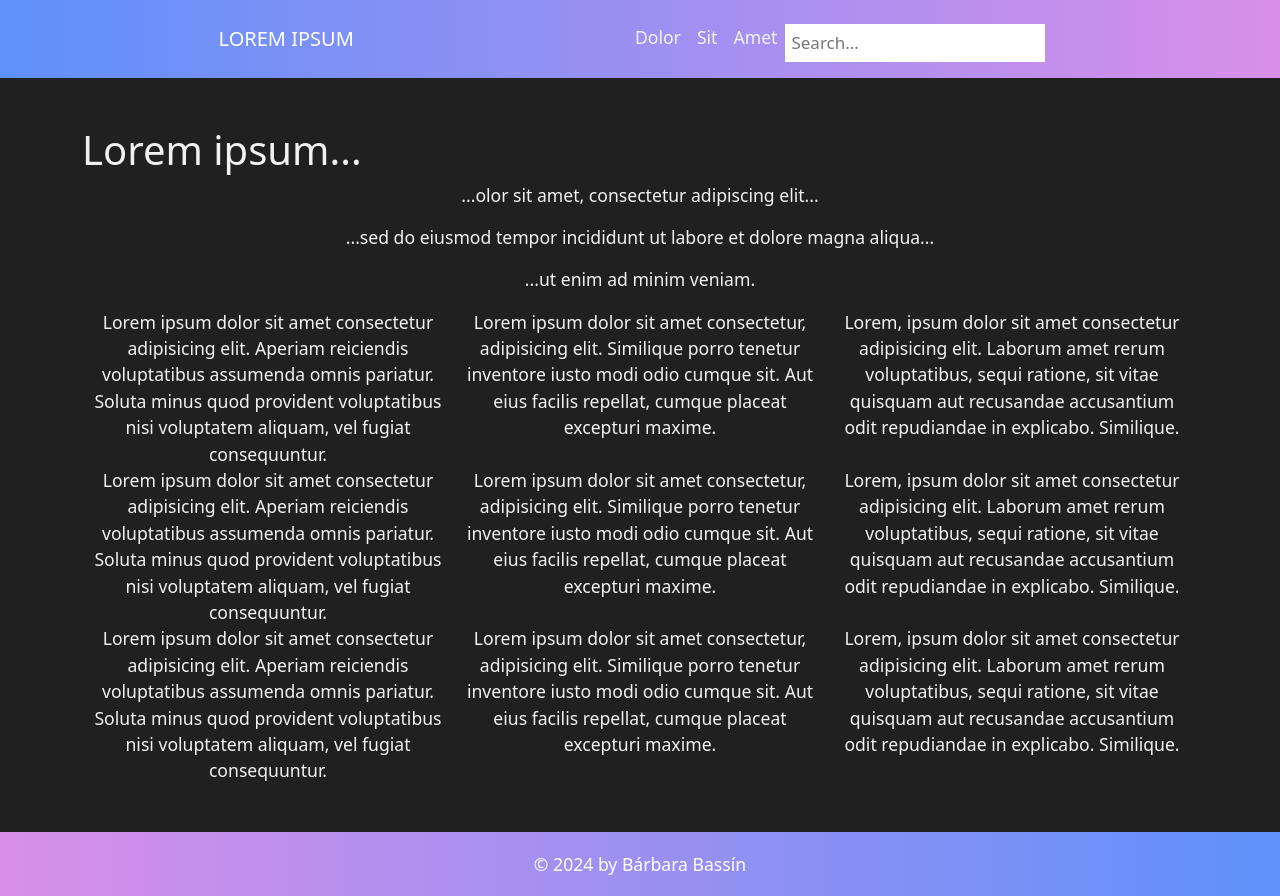
Repository: romancegirl/responsiveness
Page: index.html
These files come from the project's save history. The page is drawn as it stood at one moment and after the next save; the edit follows.
The browser window is 1280 px wide. The pictures show the whole page.

Above is the page before, as saved 2024-11-19 18:50:42.

### index.html
<!DOCTYPE html>
<html lang="en">

<head>
    <meta charset="UTF-8">
    <meta name="viewport" content="width=device-width, initial-scale=1.0">
    <title>Portfolio - Bárbara Bassín</title>
    <link href="https://cdn.jsdelivr.net/npm/bootstrap@5.3.0/dist/css/bootstrap.min.css" rel="stylesheet">
    <link rel="stylesheet" href="css/header-and-footer.css">
    <link rel="stylesheet" href="css/styles.css">
</head>

<body>
    <!-- Header -->
    <header class="py-2">
        <div class="container d-flex justify-content-around align-items-center" id="profile">
            <h5 class="m-0">LOREM IPSUM</h5>
            <nav class="navbar navbar-expand-lg">
                <button class="navbar-toggler" type="button" data-bs-toggle="collapse" data-bs-target="#navbarNav"
                    aria-controls="navbarNav" aria-expanded="false" aria-label="Toggle navigation">
                    <i class="fas fa-bars"></i>
                </button>
                <div class="collapse navbar-collapse" id="navbarNav">
                    <ul class="navbar-nav ms-auto">
                        <li class="nav-item"><a class="nav-link">Dolor</a></li>
                        <li class="nav-item"><a class="nav-link">Sit</a></li>
                        <li class="nav-item"><a class="nav-link">Amet</a></li>
                        <input type="text" placeholder="Search...">
                    </ul>
                </div>
            </nav>
        </div>
    </header>



    <!-- Main -->
    <main class="container my-5">
        <div>
            <h1>Lorem ipsum...</h1>
            <p>...olor sit amet, consectetur adipiscing elit...</p>
            <p>...sed do eiusmod tempor incididunt ut labore et dolore magna aliqua...</p>
            <p>...ut enim ad minim veniam.</p>
        </div>



        <div class="container text-center">

            <!-- Columns start at 50% wide on mobile and bump up to 33.3% wide on desktop -->
            <div class="row">
                <div class="col-6 col-md-4">Lorem ipsum dolor sit amet consectetur adipisicing elit. Aperiam reiciendis
                    voluptatibus assumenda omnis pariatur. Soluta minus quod provident voluptatibus nisi voluptatem
                    aliquam, vel fugiat consequuntur.</div>
                <div class="col-6 col-md-4">Lorem ipsum dolor sit amet consectetur, adipisicing elit. Similique porro
                    tenetur inventore iusto modi odio cumque sit. Aut eius facilis repellat, cumque placeat excepturi
                    maxime.</div>
                <div class="col-6 col-md-4">Lorem, ipsum dolor sit amet consectetur adipisicing elit. Laborum amet rerum
                    voluptatibus, sequi ratione, sit vitae quisquam aut recusandae accusantium odit repudiandae in
                    explicabo. Similique.</div>
            </div>
            <div class="row">
                <div class="col-6 col-md-4">Lorem ipsum dolor sit amet consectetur adipisicing elit. Aperiam reiciendis
                    voluptatibus assumenda omnis pariatur. Soluta minus quod provident voluptatibus nisi voluptatem
                    aliquam, vel fugiat consequuntur.</div>
                <div class="col-6 col-md-4">Lorem ipsum dolor sit amet consectetur, adipisicing elit. Similique porro
                    tenetur inventore iusto modi odio cumque sit. Aut eius facilis repellat, cumque placeat excepturi
                    maxime.</div>
                <div class="col-6 col-md-4">Lorem, ipsum dolor sit amet consectetur adipisicing elit. Laborum amet rerum
                    voluptatibus, sequi ratione, sit vitae quisquam aut recusandae accusantium odit repudiandae in
                    explicabo. Similique.</div>
            </div>
            <div class="row">
                <div class="col-6 col-md-4">Lorem ipsum dolor sit amet consectetur adipisicing elit. Aperiam reiciendis
                    voluptatibus assumenda omnis pariatur. Soluta minus quod provident voluptatibus nisi voluptatem
                    aliquam, vel fugiat consequuntur.</div>
                <div class="col-6 col-md-4">Lorem ipsum dolor sit amet consectetur, adipisicing elit. Similique porro
                    tenetur inventore iusto modi odio cumque sit. Aut eius facilis repellat, cumque placeat excepturi
                    maxime.</div>
                <div class="col-6 col-md-4">Lorem, ipsum dolor sit amet consectetur adipisicing elit. Laborum amet rerum
                    voluptatibus, sequi ratione, sit vitae quisquam aut recusandae accusantium odit repudiandae in
                    explicabo. Similique.</div>
            </div>
        </div>



    </main>

    <!-- Footer -->
    <footer class="bg-dark text-center py-2">
        <div>&copy; 2024 by Bárbara Bassín</div>
    </footer>
    <script src="js/script.js"></script>
    <script src="https://cdn.jsdelivr.net/npm/bootstrap@5.3.0/dist/js/bootstrap.bundle.min.js"></script>
</body>

</html>

### css/header-and-footer.css
header {
    background: linear-gradient(to right, #5E91FA, #d98fe9);
    color: #fff;
    position: relative;
}


a.nav-link {
    color: #f1f1f1;
}

a.nav-link:hover {
    color: #f6c7de;
    transition: color 0.3s, text-shadow 0.3s;
    transform: scale(1.05);
}


.navbar input[type=text] {
    float: right;
    padding: 6px;
    margin-top: 8px;
    margin-right: 16px;
    border: none;
    font-size: 17px;
}


/* navbar-toggle */

.navbar-toggler {
    border-color: #fff;
}

.navbar-toggler .fas {
    color: #fff;
    /* Cambia el color del ícono */
}

.navbar-collapse {
    justify-content: flex-end;
}

.navbar-toggler:hover {
    cursor: pointer;
}

.navbar-toggler:focus {
    outline: none;
    box-shadow: none;
}

@media (max-width: 995px) {

    .navbar-collapse {
        display: none;
        position: absolute;
        top: 134%;
        left: -55px;
        width: 100%;
        z-index: 999;
        flex-direction: column-reverse;
        align-items: center;
    }

    .navbar-collapse.show {
        display: flex;
    }

    .navbar-nav {
        background: linear-gradient(to right, #5e92fae0, #d98fe9dc);
        color: #fff;
        padding: 1.5rem;
        border-radius: 0 0 100px 100px;
        font-weight: bold;
        text-align: center;
    }

    .navbar-nav:hover {
        cursor: pointer;

    }

    a.nav-link:hover {
        color: #f6c7de;
        transition: color 0.3s, text-shadow 0.3s;
        transform: scale(1.05);
    }

    .navbar-nav .nav-item {
        margin: 10px 0;
    }

    .navbar a, .navbar input[type=text] {
        float: none;
        display: block;
        text-align: left;
        width: 100%;
        margin: 0;
        padding: 14px;
      }
      .navbar input[type=text] {
        border: 1px solid #ccc;
      }

}

footer {
    background: linear-gradient(to right, #d98fe9, #5E91FA);
    color: #fff;
    bottom: 0;
    min-height: 4rem;
    display: flex;
    justify-content: center;
    align-items: center;
}

### css/styles.css
body {
    background-color: #202020;
    color: #f1f1f1;
    font-size: 110%;
}

/* Profile and resume */

.profile-photo {
    width: 250px;
    height: 250px;
    border: #a5c3ffcd;
    border-style: double;
    border-width: 5px;
    border-radius: 70px;
    display: flex;
    justify-content: center;
    align-items: center;
    overflow: hidden;
    /* Oculta cualquier parte de la imagen que se desborde */
    float: right;
}

/* titles */


h2,
h3,
h4 {
    background: linear-gradient(#d98fe9, #5E91FA);
    -webkit-background-clip: text;
    background-clip: text;
    -webkit-text-fill-color: transparent;
}



/* General */

p {
    text-align: center;
}

/* Responsiveness */

.title-small,
.title-x-small {
    display: none;
}

@media screen and (max-width: 1400px) {

    .title-large,
    .title-x-small {
        display: none;
    }

    .title-small {
        display: block;
    }
}

@media screen and (max-width: 768px) {

    .title-large,
    .title-small {
        display: none;
    }

    .title-x-small {
        display: block;
        text-align: center;

    }
}

### js/script.js
document.addEventListener('click', function(event) {
    var navbar = document.querySelector('.navbar-collapse');
    var toggler = document.querySelector('.navbar-toggler');

    // Si el menú está abierto y se hace clic fuera de él, lo cierra
    if (navbar.classList.contains('show') && !navbar.contains(event.target) && !toggler.contains(event.target)) {
        var bsCollapse = new bootstrap.Collapse(navbar, {
            toggle: false
        });
        bsCollapse.hide();
    }
});

// Cerrar el menú automáticamente al hacer clic en cualquier enlace
var navLinks = document.querySelectorAll('.nav-link');
navLinks.forEach(function(link) {
    link.addEventListener('click', function() {
        var navbar = document.querySelector('.navbar-collapse');
        var bsCollapse = new bootstrap.Collapse(navbar, {
            toggle: false
        });
        bsCollapse.hide();
    });
});

After the next save:
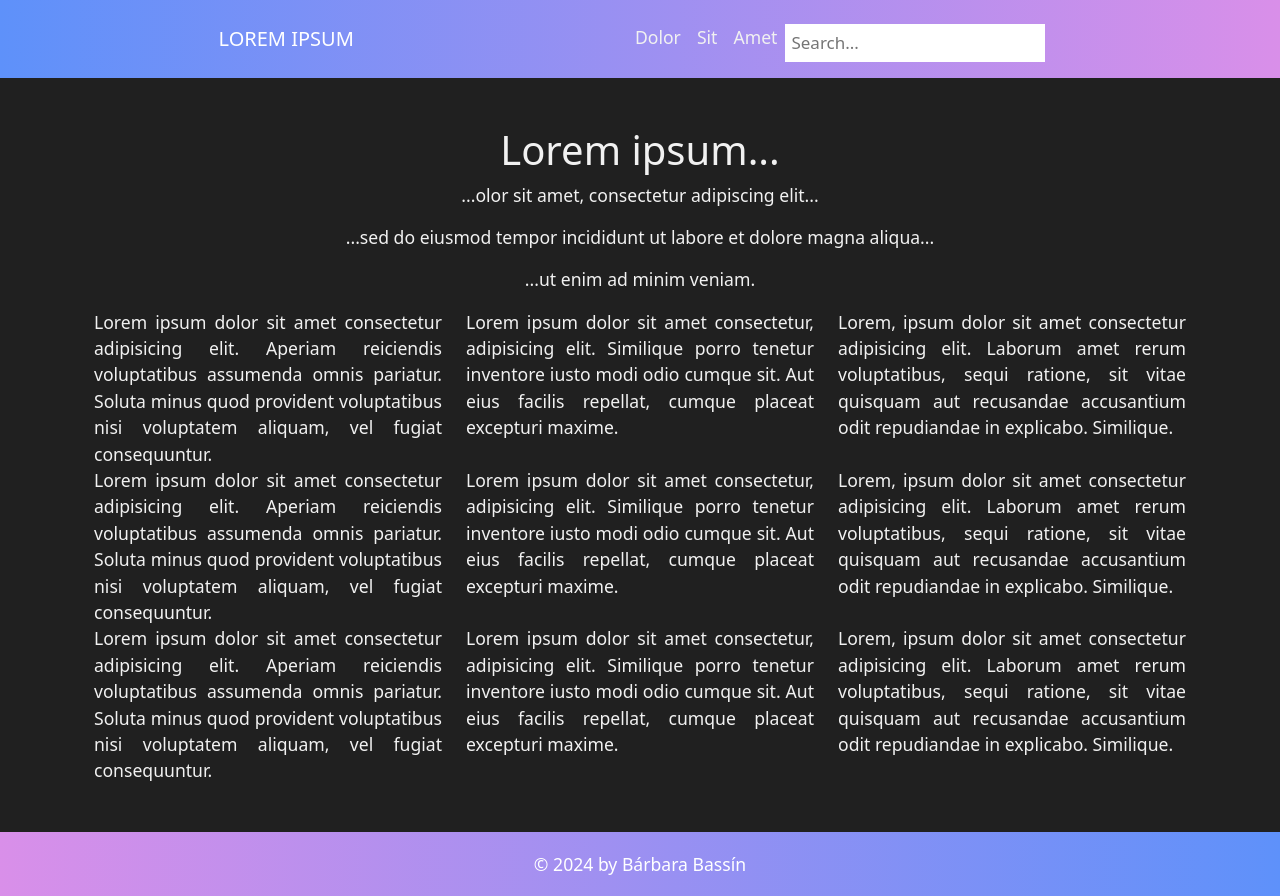
Saved 117 s later.
--- a/css/styles.css
+++ b/css/styles.css
@@ -23,6 +23,9 @@ body {
 
 /* titles */
 
+h1 {
+    text-align: center;
+}
 
 h2,
 h3,
@@ -33,7 +36,9 @@ h4 {
     -webkit-text-fill-color: transparent;
 }
 
-
+.row {
+    text-align: justify;
+}
 
 /* General */
 
